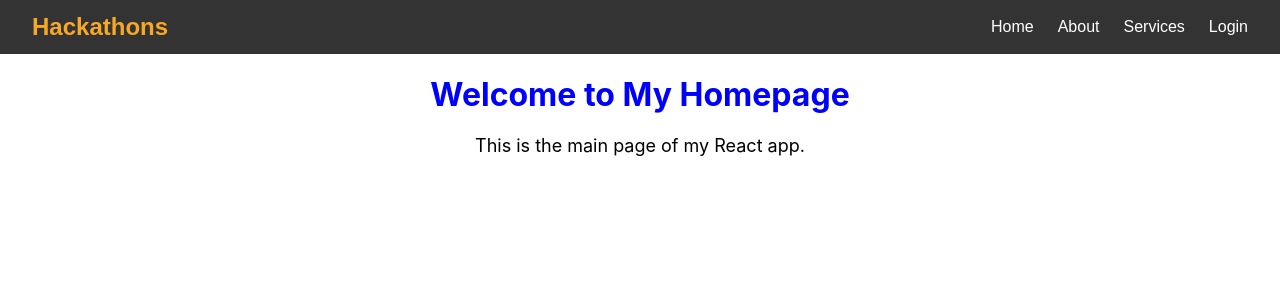
Repository: Ken-Kanike/RUBIX25_41_TECHTITANS
Page: / (app in backend/client/)
The author's editor kept a copy of each file at every save. The page is drawn from the files as they stood at one save, then again after the next save.
The browser window is 1280 px wide. The pictures show the whole page.
The project was rebuilt for these pictures with package versions that can differ from the ones it lists, and the page was loaded fresh each time.

Above is the page before, as saved 2025-01-22 21:33:22.

### backend/client/public/index.html
<!DOCTYPE html>
<html lang="en">
  <head>
    <meta charset="utf-8" />
    <!-- <link rel="icon" href="%PUBLIC_URL%/favicon.ico" /> -->
    <meta name="viewport" content="width=device-width, initial-scale=1" />
    <meta name="theme-color" content="#000000" />
    <!-- <meta
      name="description"
      content="Web site created using create-react-app"
    />
    <link rel="apple-touch-icon" href="%PUBLIC_URL%/logo192.png" />

      manifest.json provides metadata used when your web app is installed on a
      user's mobile device or desktop. See https://developers.google.com/web/fundamentals/web-app-manifest/

    <link rel="manifest" href="%PUBLIC_URL%/manifest.json" /> -->

    <title>React App</title>
  </head>
  <body>
    <noscript>You need to enable JavaScript to run this app.</noscript>
    <div id="root"></div>

  </body>
</html>

### backend/client/src/App.js

//import Home from "./components/Home";
import Navbar from "./navbar";
import HomePage from './homepage';
function App() {
  return (
    <>
      {/* <Header />*/}
      {/* <Main /> */}
      <Navbar />
      <HomePage />
      {/* <Footer />  */}
    </>
  );
}

export default App;

### backend/client/src/navbar.js
// src/Navbar.js
import React from 'react';
import './navbar.css'; // For styling

const Navbar = () => {
    return (
        <nav className="navbar">
            <div className="navbar-logo">Hackathons</div>
            <ul className="navbar-links">
                <li><a href="#home">Home</a></li>
                <li><a href="#about">About</a></li>
                <li><a href="#services">Services</a></li>
                <li><a href="#contact">Login</a></li>
            </ul>
        </nav>
    );
};

export default Navbar;

### backend/client/src/homepage.js
import React from 'react';
import './homepage.css';

const HomePage = () => {
    return (
        <div>
            <h1>Welcome to My Homepage</h1>
            <p>This is the main page of my React app.</p>
        </div>
    );
};

export default HomePage;

### backend/client/src/navbar.css
/* src/Navbar.css */
.navbar {
    display: flex;
    justify-content: space-between;
    align-items: center;
    padding: 0.8rem 2rem;
    background-color: #333;
    color: white;
    font-family: Arial, sans-serif;
}

.navbar-logo {
    font-size: 1.5rem;
    font-weight: bold;
    color: #f9a825; /* Yellowish highlight */
}

.navbar-links {
    list-style: none;
    display: flex;
    gap: 1.5rem;
    margin: 0;
    padding: 0;
}

.navbar-links li {
    display: inline;
}

.navbar-links a {
    text-decoration: none;
    color: white;
    font-size: 1rem;
    transition: color 0.3s ease;
}

.navbar-links a:hover {
    color: #f9a825;
}

### backend/client/src/homepage.css
/* src/HomePage.css */
h1 {
    color: blue;
    text-align: center;
}
p {
    font-size: 18px;
    text-align: center;
}

Loaded but not shown: backend/client/src/index.js (common file); backend/client/src/index.css (common file); backend/client/src/reportWebVitals.js (common file)

After the next save:
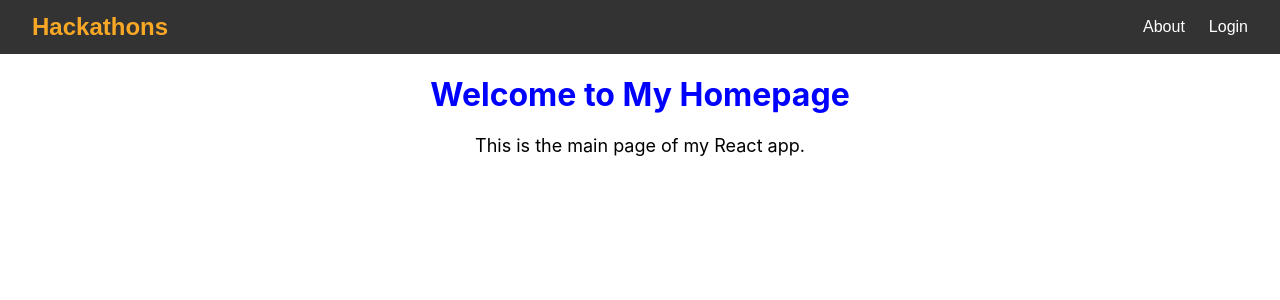
Saved 49 s later.
--- a/backend/client/src/navbar.js
+++ b/backend/client/src/navbar.js
@@ -7,9 +7,9 @@ const Navbar = () => {
         <nav className="navbar">
             <div className="navbar-logo">Hackathons</div>
             <ul className="navbar-links">
-                <li><a href="#home">Home</a></li>
+
                 <li><a href="#about">About</a></li>
-                <li><a href="#services">Services</a></li>
+
                 <li><a href="#contact">Login</a></li>
             </ul>
         </nav>
